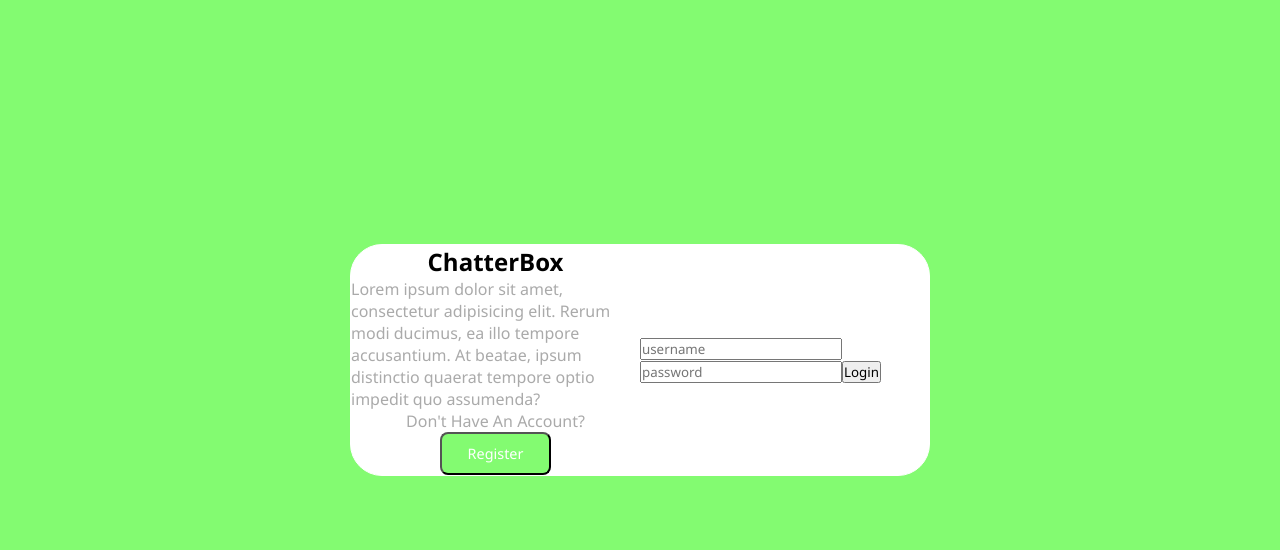
Repository: Habeebur1493/social-media-app
Page: /signup
An editor plug-in stored every save of this project. The page is shown before and after the next save, followed by the edit.
The browser window is 1280 px wide. The pictures show the whole page.
The project was rebuilt for these pictures with package versions that can differ from the ones it lists, and the page was loaded fresh each time. Also part of the build but not shown: vite.config.js.

Above is the page before, as saved 2025-01-28 00:53:05.

After the next save:
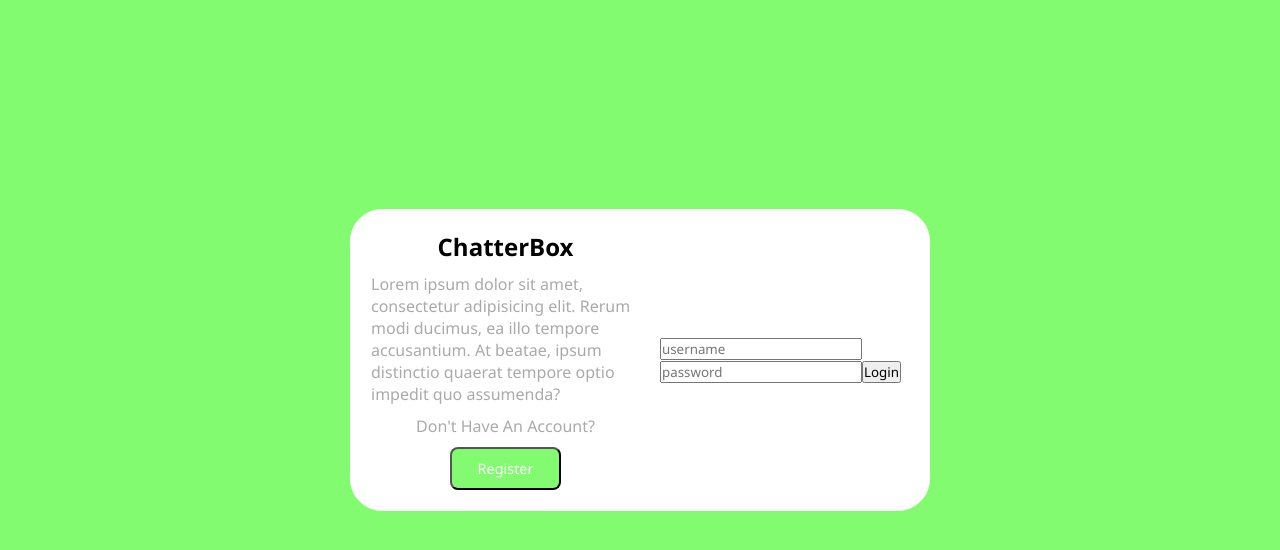
Saved 28 s later.
--- a/src/pages/login/login.css
+++ b/src/pages/login/login.css
@@ -22,7 +22,8 @@
     display: flex;
     align-items: center;
     flex-direction: column;
-    gap:
+    gap: 10px;
+    padding: 20px;
 }
 
 .login .card .right{
